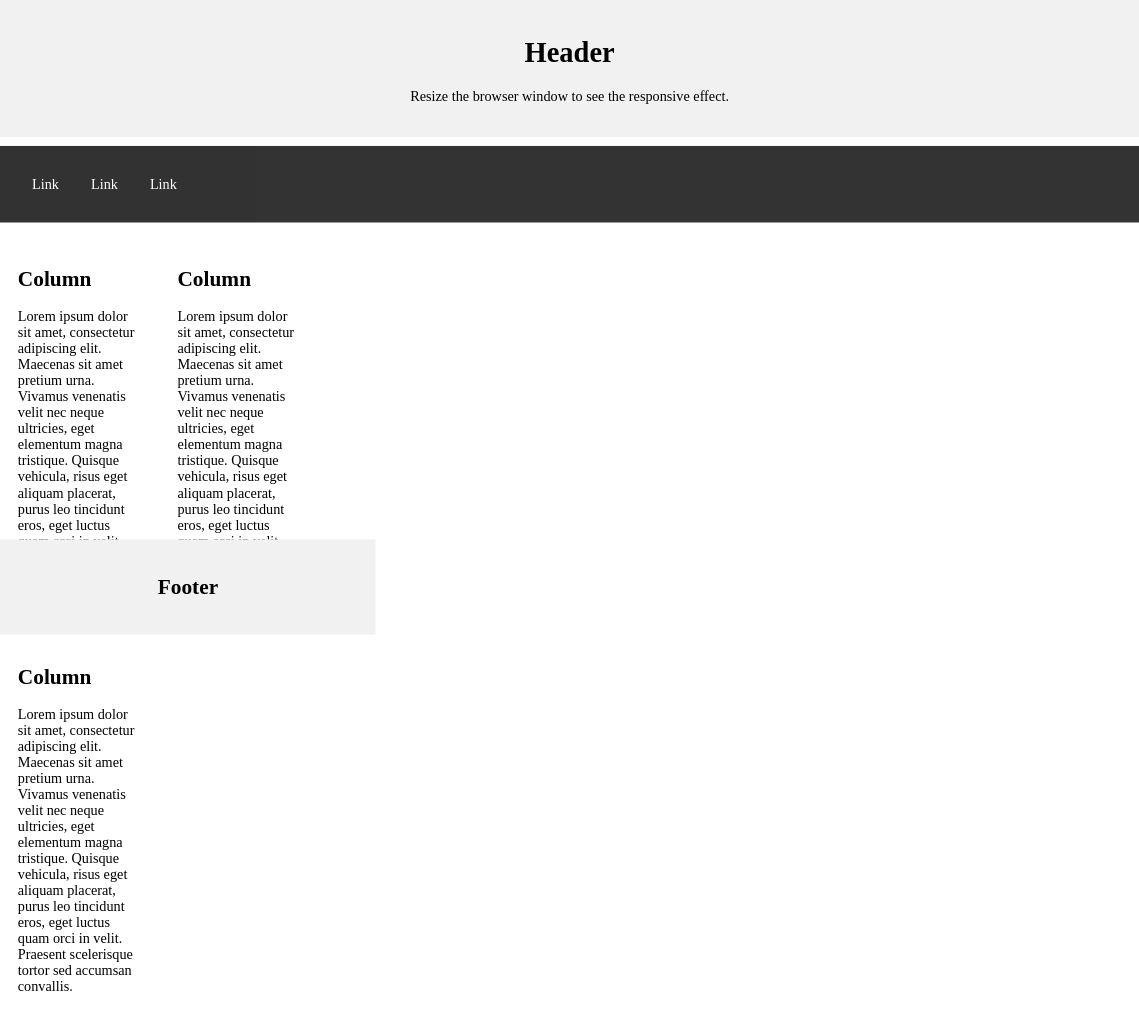
Repository: skybluelion/KB
Page: KB/work05_front/front02_css3/src/main/webapp/css12_website_layout.html
These files come from the project's save history. The page is drawn as it stood at one moment and after the next save; the edit follows.
The browser window is 1280 px wide. The pictures show the whole page, at 89% of full size.

Above is the page before, as saved 2023-04-10 05:31:19.

After the next save:
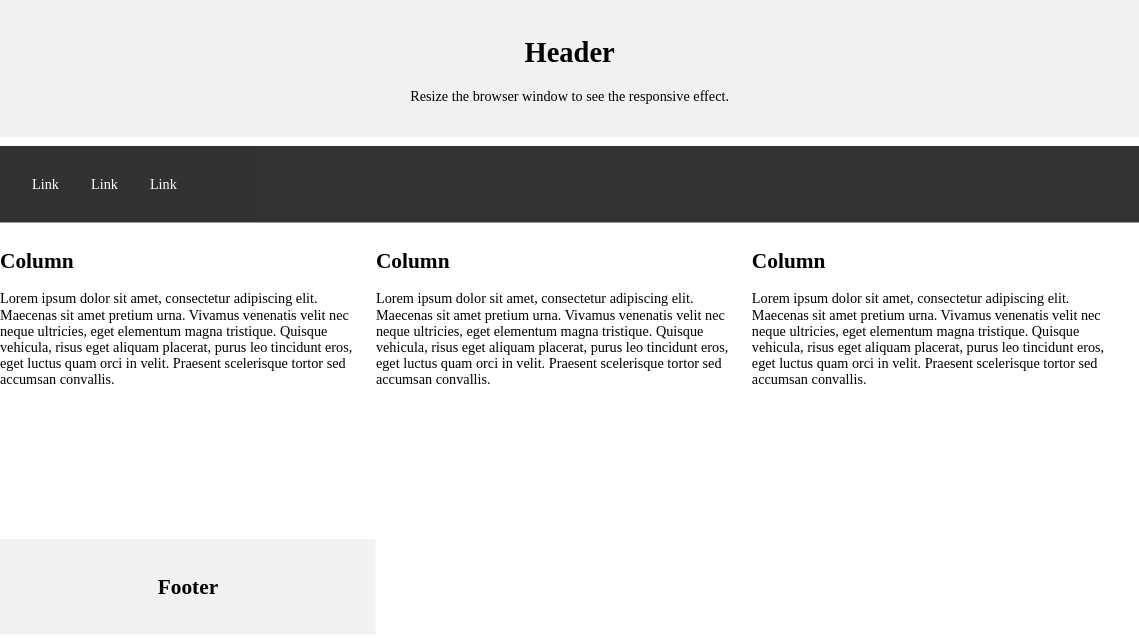
Saved 2 min 14 s later.
--- a/KB/work05_front/front02_css3/src/main/webapp/css12_website_layout.html
+++ b/KB/work05_front/front02_css3/src/main/webapp/css12_website_layout.html
@@ -23,6 +23,7 @@
 		opacity: 0.8;
 		padding: 20px;
 		margin: 10px 0;
+		overflow: hidden;
 	}
 
 	.footer{
@@ -44,15 +45,10 @@
 		display: inline-block;
 	}
 
-	.row{
-		margin: 0px;
-		width: 33%
-	}
-
 	.column{
 		width:33%;
 		float: left;
-		margin: 20px;
+		margin: 0px;
 	}
 
 
